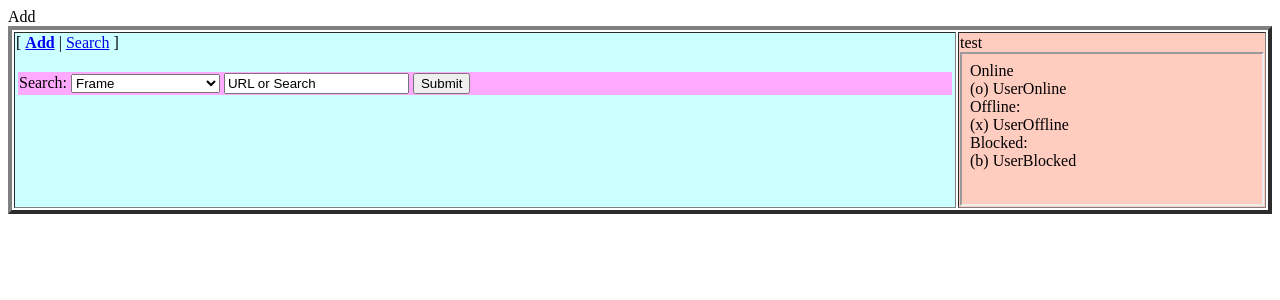
Repository: nevinleiby/SwapRC
Page: add_interface.html
These files come from the project's save history. The page is drawn as it stood at one moment and after the next save; the edit follows.
The browser window is 1280 px wide. The pictures show the whole page.

Above is the page before, as saved 2019-09-08 01:45:14.

### add_interface.html
<html>
    <title>
        Swap RC
    </title>
    <body>
            Add
            <br>
            <table border=4 width=100%>
                <tr border=4>
                    <td width = 80% border=2 bgcolor="#ccffff" valign=top>
                        [
                        <b><a href="./add_interface.html">Add</a></b> |
                        <a href="./search_interface.html">Search</a>
                        ]
                        <form>
                        <br>
                        <table width=100%>
                            <tr>
                                <td valign=top bgcolor="#ffaaff">
                                    Search:
                                    <select name="category">
                                            <option value = "frame">Frame</option>
                                            <option value = "fc">Flight Controller</option>
                                            <option value = "esc">ESC</option>
                                            <option value = "motor">Motors</option>
                                            <option value = "propeller">Propeller</option>
                                            <option value = "fpv_camera">FPV Camera</option>
                                            <option value = "transmitter">Transmitter</option>
                                            <option value = "antenna">Antenna</option>
                                            <option value = "vtx">VTX</option>
                                            <option value = "receiver">Receiver</option>
                                            <option value = "battery">Battery</option>
                                            <option value = "pdb">PDB</option>
                                            <option value = "hardware">Hardware</option>
                                            <option value = "3d_print">3D Prints</option>
                                            <option value = "goggles">FPV Goggles</option>
                                            <option value = "video_monitors">FPV Video Monitors</option>
                                            <option value = "video_receivers">FPV Video Receivers</option>
                                            <option value = "swag">Swag</option>
                                    </select>
                                    <input type=text name="Name" value = "URL or Search" >
                                    <input type=submit name="submit">


                                </td>

                            </tr>
                        </table>
                        </form>

                    </td>
                    <td border=2 bgcolor="ffccccc" valign=top>
                            test
                        <frameset>
                            <iframe src="./frame_users.html">
                        </frameset>
                    </td>
                </tr>
            </table>
    </body>

</html>

### frame_users.html
<html>
    <title>
        Users
    </title>
    <body>
        Online<br>
        (o) UserOnline<br>

        Offline:<br>
        (x) UserOffline<br>

        Blocked:<br>
        (b) UserBlocked<br>
    </body>
</html>

After the next save:
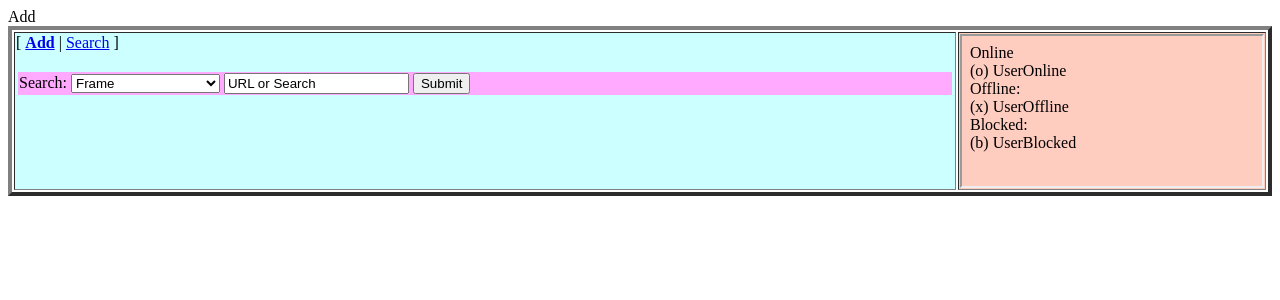
Saved 16 s later.
--- a/add_interface.html
+++ b/add_interface.html
@@ -50,7 +50,6 @@
 
                     </td>
                     <td border=2 bgcolor="ffccccc" valign=top>
-                            test
                         <frameset>
                             <iframe src="./frame_users.html">
                         </frameset>
